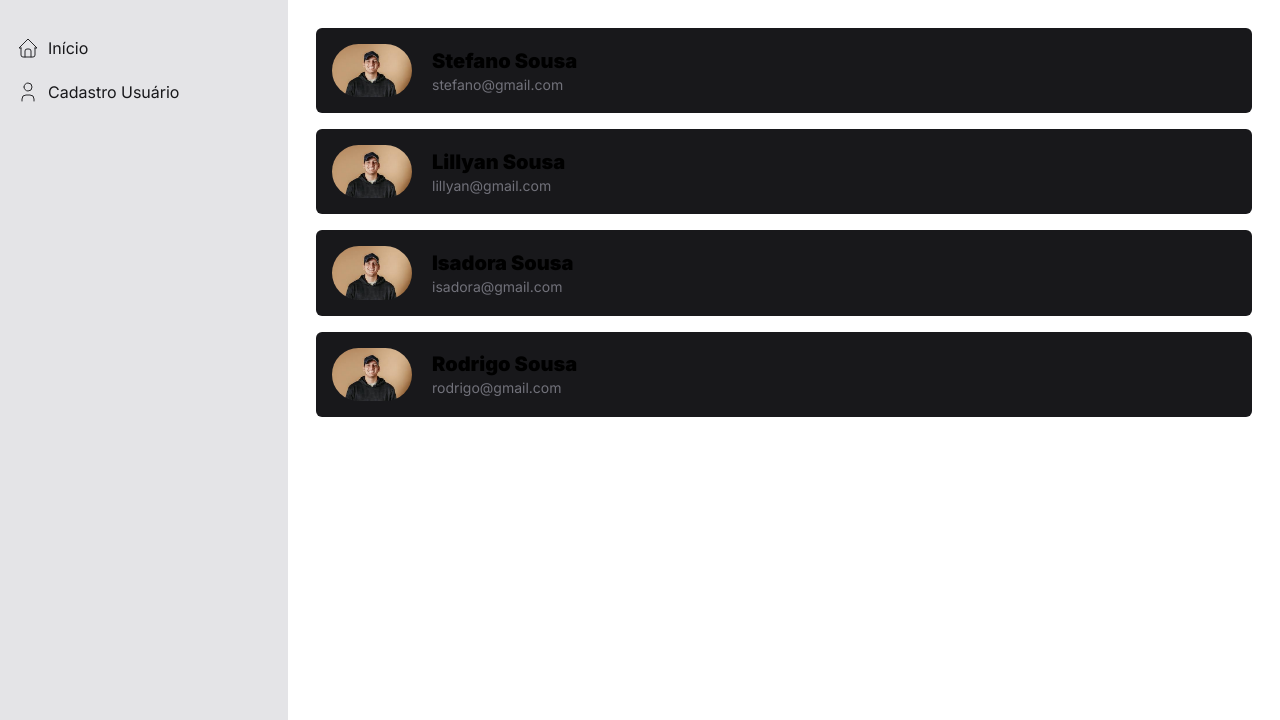
Repository: stefanosousaa/app-bd
Page: /usuarios
An editor plug-in stored every save of this project. The page is shown before and after the next save, followed by the edit.
The browser window is 1280 px wide. The pictures show the whole page.
The project was rebuilt for these pictures with package versions that can differ from the ones it lists, and the page was loaded fresh each time. The framework's server and built-in components were replaced by stand-ins that run in the browser. Also part of the build but not shown: next.config.mjs.

Above is the page before, as saved 2024-05-25 23:49:13.

### src/app/(internas)/usuarios/page.tsx
import Pagina from "@/app/components/template/Pagina";
import ListaUsuario from "@/app/components/usuario/ListaUsuario";


export default function Page(){
    return(
        <Pagina>
           <ListaUsuario/>
        </Pagina>
    )
}

### src/app/components/template/Pagina.tsx
import Menu from "./Menu"

export interface PaginaProps {
    children: any
}

export default function Pagina(props: PaginaProps){
    return (
     <div className="flex ">
        <Menu/>
        <main className="flex-1 p-7">{props.children}</main>

    </div>
    )

}

### src/app/components/usuario/ListaUsuario.tsx

import { Usuario } from '@/core/model/Usuario'
import usuarios from '../../data/constants/usuarios'
import LinhaUsuario from './LinhaUsuario'

export default function ListaUsuario(){
    return(
        <div className="flex flex-col gap-4">
            {usuarios.map((usuario: Usuario) => {
                return <LinhaUsuario key={usuario.id} usuario={usuario}/>
            })}

        </div>
    )
}

### src/app/components/template/Menu.tsx
import { IconHome, IconUser } from "@tabler/icons-react"
import Link from "next/link"
import MenuItem from "./MenuItem"



export default function Menu(){
    return (
    <aside className="w-72 bg-zinc-200 h-screen">
         <nav className="flex flex-col gap-1 py-7">
            <MenuItem icone={IconHome} texto="Início" url="/" />
            <MenuItem icone={IconUser} texto="Cadastro Usuário" url="/usuarios" />


         </nav>
    </aside>
    )
}

### src/app/data/constants/usuarios.ts
import { Usuario } from "@/core/model/Usuario";

const usuarios: Usuario [] = [
    {
        id: "1",
        email:"stefano@gmail.com",
        nome: "Stefano Sousa",
        senha:"123456"
    },
    {
        id: "2",
        email:"lillyan@gmail.com",
        nome: "Lillyan Sousa",
        senha:"123456"
    },
    {
        id: "3",
        email:"isadora@gmail.com",
        nome: "Isadora Sousa",
        senha:"123456"
    },
    {
        id: "4",
        email:"rodrigo@gmail.com",
        nome: "Rodrigo Sousa",
        senha:"123456"
    },
]

export default usuarios

### src/app/components/usuario/LinhaUsuario.tsx
import { Usuario } from "@/core/model/Usuario"
import Image from "next/image"

export interface LinhaUsuarioProps {
    usuario: Usuario
}

export default function LinhaUsuario(props: LinhaUsuarioProps){
    return(
        <div className="flex bg-zinc-900 items-center gap-5 p-4 bg-zinc-200 rounded-md">
            <Image
            src="data:[embedded picture, 6063 characters]"
            width={80}
            height={80}
            className="rounded-full"
            alt="Avatar"
            />



            <div className=" flex flex-col">
              <span className="text-xl font-black">{props.usuario.nome}</span>
              <span className="text-sm text-zinc-500">{props.usuario.email}</span>
            </div>


        </div>
    )
}

### src/app/components/template/MenuItem.tsx
import Link from "next/link"
import { ElementType } from "react"

export interface MenuItemProps{
    icone: ElementType
    texto: string
    url: string
}


export default function MenuItem(props : MenuItemProps){
    return(
        <Link href={props.url} className="flex gap-2 px-4 py-2 hover:bg-white ">
            <props.icone className= "text-zinc-800" size={24} stroke={1}/>
            <span className= "text-zinc-900">{props.texto}</span>
        </Link>
    )
}

Loaded but not shown: src/app/layout.tsx (common file); src/app/globals.css (common file); tailwind.config.ts (common file)

After the next save:
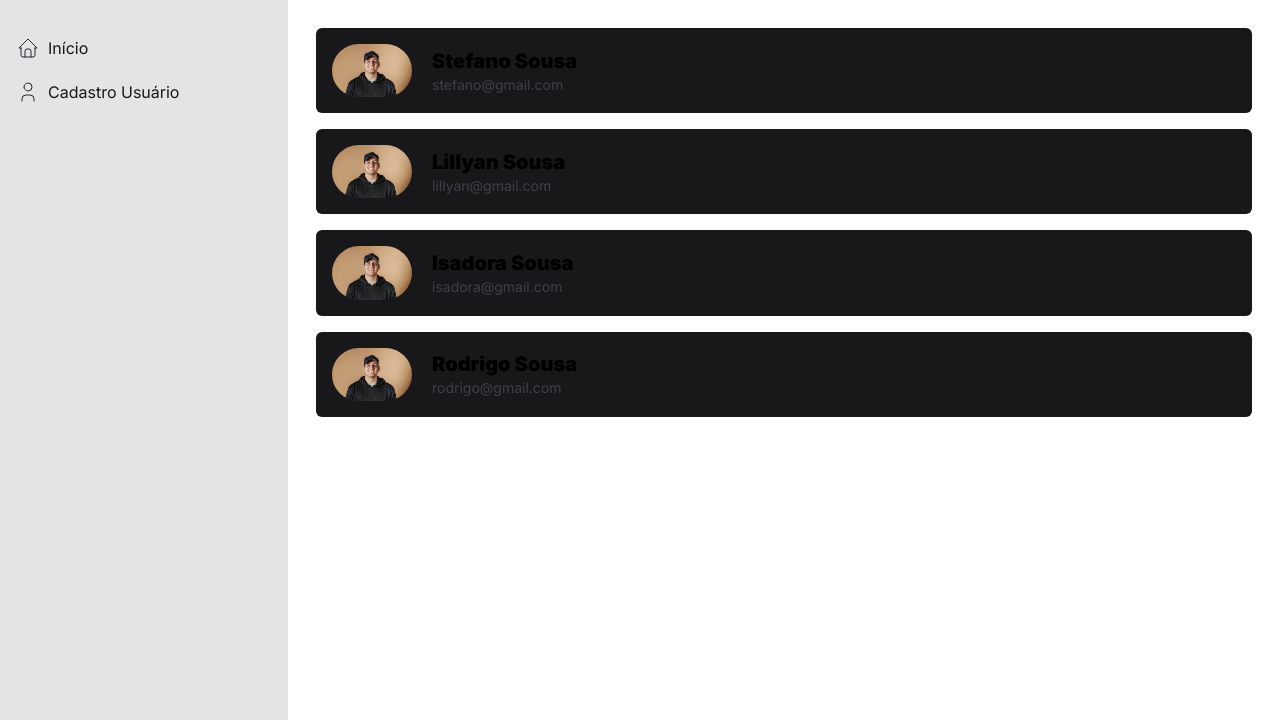
Saved 11 s later.
--- a/src/app/components/usuario/LinhaUsuario.tsx
+++ b/src/app/components/usuario/LinhaUsuario.tsx
@@ -20,7 +20,7 @@ export default function LinhaUsuario(props: LinhaUsuarioProps){
 
             <div className=" flex flex-col">
               <span className="text-xl font-black">{props.usuario.nome}</span>
-              <span className="text-sm text-zinc-500">{props.usuario.email}</span>
+              <span className="text-sm text-zinc-700">{props.usuario.email}</span>
             </div>
 
 
